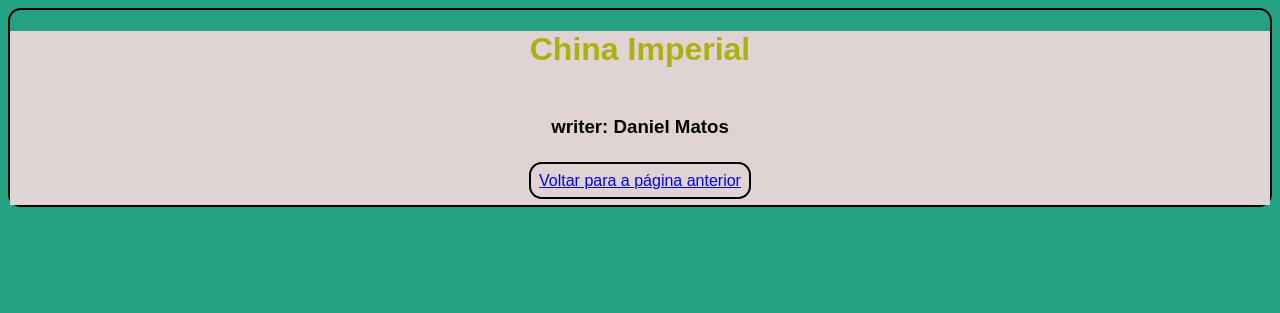
Repository: batmit/FutureFundation.github.io-1
Page: menu/articles/history/ancient/china/china.html
These files come from the project's save history. The page is drawn as it stood at one moment and after the next save; the edit follows.
The browser window is 1280 px wide. The pictures show the whole page.

Above is the page before, as saved 2021-09-26 13:18:41.

### menu/articles/history/ancient/china/china.html
<!DOCTYPE html>
<html lang="pt-BR">
<head>
    <meta charset="UTF-8">
    <meta http-equiv="X-UA-Compatible" content="IE=edge">
    <meta name="viewport" content="width=device-width, initial-scale=1.0">
    <title>China Imperial</title>
    <link rel="stylesheet" href="/menu/main.css">
</head>
<body>
    <div id="all">
        <header>
            <h1>China Imperial</h1>
            <h3>writer: Daniel Matos</h3>
        </header>






        <a href="/menu/articles/history/history.html">Voltar para a página anterior</a>
    </div>
</body>
</html>

### menu/main.css
body{

    text-align: center;

    border: black 2px solid;

    border-radius: 0.8rem;

    font-family: 'Ubuntu', arial;

    background-color: rgb(36, 161, 130);


}

#articles {
    gap: 3px;
}

#all{

    background-color: rgb(223, 211, 211);

}


#codigo{
    text-align:left;

}


img{
    text-align: center;
    justify-content: center;

}

p{
    font-size: 20px;
    font-family: 'Ubuntu', arial;
}

a{
    border: 2px solid black;

    border-radius: 0.8rem;

    box-sizing: border-box;

    padding: 0.5rem;

    line-height:3rem;

    margin: 2px;


}

a:hover{

    background-color:#F0FFFF;

}

h1{

    margin-bottom: 3rem;

    color: rgb(177, 174, 17);

}

audio {
    -webkit-transition:all 0.5s linear;
    -moz-transition:all 0.5s linear;
    -o-transition:all 0.5s linear;
    transition:all 0.5s linear;
    -moz-box-shadow: 2px 2px 4px 0px #006773;
    -webkit-box-shadow:  2px 2px 4px 0px #006773;
    box-shadow: 2px 2px 4px 0px #006773;
    -moz-border-radius:7px 7px 7px 7px ;
    -webkit-border-radius:7px 7px 7px 7px ;
    border-radius:7px 7px 7px 7px ;
}

audio:hover, audio:focus, audio:active {

-webkit-box-shadow: 15px 15px 20px rgba(0,0, 0, 0.4);
-moz-box-shadow: 15px 15px 20px rgba(0,0, 0, 0.4);
box-shadow: 15px 15px 20px rgba(0,0, 0, 0.4);
-webkit-transform: scale(1.05);
-moz-transform: scale(1.05);
transform: scale(1.05);

}



@media (max-width: 900px) {


    a{

        display: block;
        line-height: 0.5rem;
        padding: 1rem;

    }

    #img{
        text-align: right;
    }

}

@media (prefers-color-scheme: dark) {
    #all{

        background-color: rgb(90, 73, 73);

    }

    h1{
        color: white
    }

    p{
        color: white;
    }

    a{
        background-color: aqua;
    }

    h3{
        color: white;
    }

    strong {
        color: white;
    }


}

After the next save:
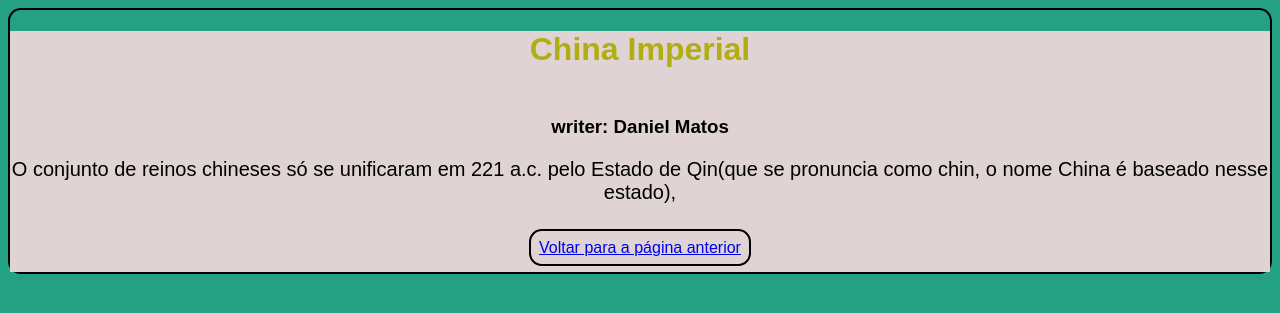
Saved 5 min 17 s later.
--- a/menu/articles/history/ancient/china/china.html
+++ b/menu/articles/history/ancient/china/china.html
@@ -14,7 +14,7 @@
             <h3>writer: Daniel Matos</h3>
         </header>
 
-
+        <p>O conjunto de reinos chineses só se unificaram em 221 a.c. pelo Estado de Qin(que se pronuncia como chin, o nome China é baseado nesse estado), </p>
 
 
 
